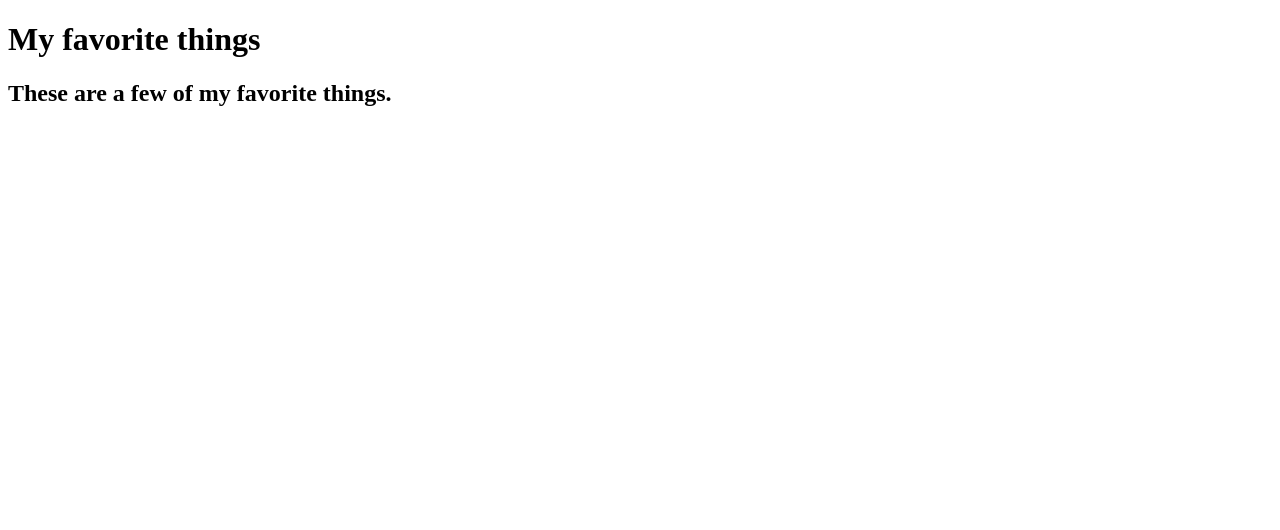
Repository: fieldceleste/my-first-webpage
Page: favorite-things.html
The author's editor kept a copy of each file at every save. The page is drawn from the files as they stood at one save, then again after the next save.
The browser window is 1280 px wide. The pictures show the whole page.

Above is the page before, as saved 2019-10-22 21:20:32.

After the next save:
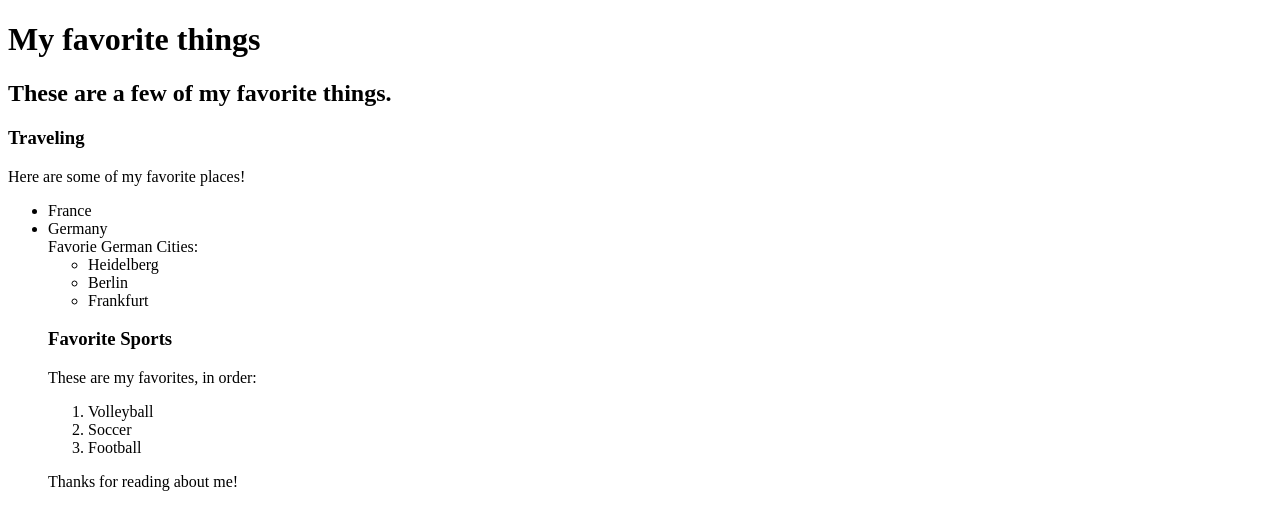
Saved 11 min 47 s later.
--- a/favorite-things.html
+++ b/favorite-things.html
@@ -7,10 +7,26 @@
     <h1>My favorite things</h1>
     <h2>These are a few of my favorite things.</h2>
 
+    <h3>Traveling</h3>
+    <p>Here are some of my favorite places!</p>
+      <ul>
+        <li>France</li>
+        <li>Germany</li>
+        <l1>Favorie German Cities:</l1>
+      <ul>
+           <li>Heidelberg</li>
+           <li>Berlin</li>
+           <li>Frankfurt</li>
+    </ul>
 
-
-
-
+    <h3>Favorite Sports</h3>
+    <p>These are my favorites, in order:</p>
+    <ol>
+      <li>Volleyball</li>
+      <li>Soccer</li>
+      <li>Football</li>
+    </ol>
+    <p>Thanks for reading about me!</p>
 
 
 
